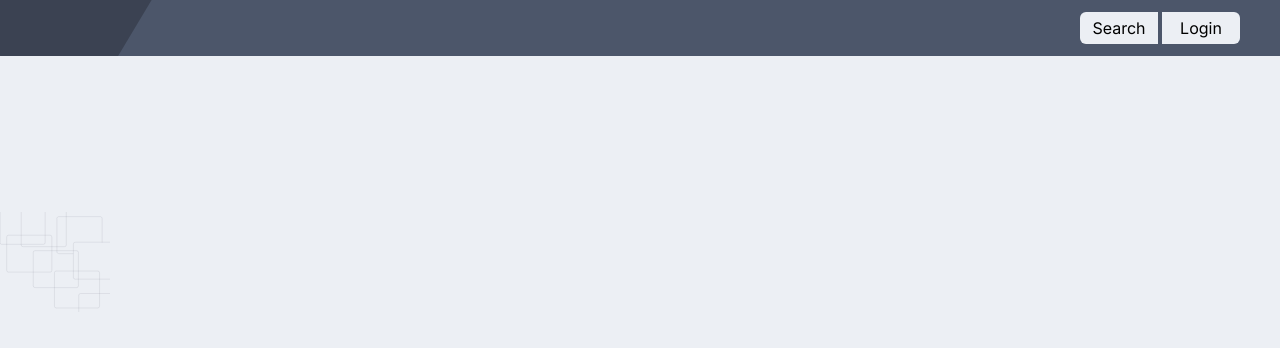
Repository: Qu4ntumGuy/project-bug
Page: /
These files come from the project's save history. The page is drawn as it stood at one moment and after the next save; the edit follows.
The browser window is 1280 px wide. The pictures show the whole page.
The project was rebuilt for these pictures with package versions that can differ from the ones it lists, and the page was loaded fresh each time. The framework's server and built-in components were replaced by stand-ins that run in the browser. Also part of the build but not shown: next.config.mjs.

Above is the page before, as saved 2024-02-11 22:58:21.

### src/app/layout.js
import { Inter } from "next/font/google";
import "./globals.css";

const inter = Inter({ subsets: ["latin"] });

export default function RootLayout({ children }) {
  return (
    <html lang="en">
      <head>
        <title>Project-bug</title>
        <meta name="description" content="Description goes here." />
        <link rel="preconnect" href="https://fonts.googleapis.com" />
        <link rel="preconnect" href="https://fonts.gstatic.com" crossorigin />
        <link
          href="https://fonts.googleapis.com/css2?family=Fira+Code:wght@300;400;500;600&display=swap"
          rel="stylesheet"
        />
      </head>
      <body className={inter.className}>{children}</body>
    </html>
  );
}

### src/app/page.js
import Navbar from "@/components/Navbar";
import Image from "next/image";
import bug from "../../public/Bug.svg";
import bgdesign from "../../public/bgDesign.svg";
import bgmain from "../../public/bg-main.svg";

export default function Home() {
  return (
    <div className=" h-screen bg-[#ECEFF4] ">
      <Navbar />
      <div className="flex justify-between">
        <div
          className="bg-cover bg-center h-64"
          style={{ backgroundImage: 'url("../../public/Bug.svg")' }}
        ></div>
        {/* <div className="overflow-hidden w-full h-full">
          <Image src={bug} alt="bug" />
        </div> */}
        <div className="flex bg-contain w-full items-end">
          <Image src={bgdesign} height={100} alt="bgdesign" />
        </div>
      </div>
    </div>
  );
}

### src/app/globals.css
@tailwind base;
@tailwind components;
@tailwind utilities;

/* :root {
  --foreground-rgb: 0, 0, 0;
  --background-start-rgb: 214, 219, 220;
  --background-end-rgb: 255, 255, 255;
} */

/* @media (prefers-color-scheme: dark) {
  :root {
    --foreground-rgb: 255, 255, 255;
    --background-start-rgb: 0, 0, 0;
    --background-end-rgb: 0, 0, 0;
  }
} */

body {
  color: rgb(var(--foreground-rgb));
  background: rgba(255, 255, 255, 1);
  font-family: 'Fira Code', monospace;
}

@font-face {
  font-family: "Fira Code";
  src: url("../../public/font/FiraCode-VariableFont_wght.ttf")
    format("truetype");
}


/* @layer utilities {
  .text-balance {
    text-wrap: balance;
  }
} */

### src/components/Navbar.js
import Image from "next/image";
import reactangle from "../../public/Rectangle 5.svg";

export default function Navbar() {
  return (
    <nav className="h-14 w-full bg-[#4C566A] flex justify-end">
      <div className=" absolute flex -left-1 -top-1">
        <Image
          src={reactangle}
          alt="reactangle"
          height={60}
          className=" rounded-md"
        />
      </div>
      <div className="flex m-3 w-40 mr-10 justify-between">
        <div className="flex bg-[#ECEFF4] w-full mr-1 rounded-l-md items-center justify-center align-middle">
          <button>Search</button>
        </div>
        <div className="flex bg-[#ECEFF4] w-full rounded-r-md items-center justify-center align-middle">
          <button>Login</button>
        </div>
      </div>
    </nav>
  );
}

Loaded but not shown: tailwind.config.js (common file)

After the next save:
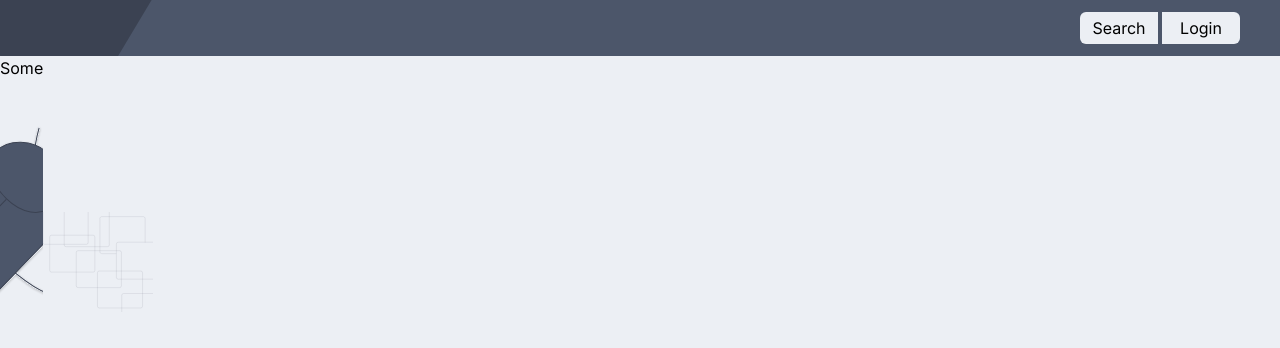
Saved 25 s later.
--- a/src/app/page.js
+++ b/src/app/page.js
@@ -12,7 +12,9 @@ export default function Home() {
         <div
           className="bg-cover bg-center h-64"
           style={{ backgroundImage: 'url("../../public/Bug.svg")' }}
-        ></div>
+        >
+          Some
+        </div>
         {/* <div className="overflow-hidden w-full h-full">
           <Image src={bug} alt="bug" />
         </div> */}
